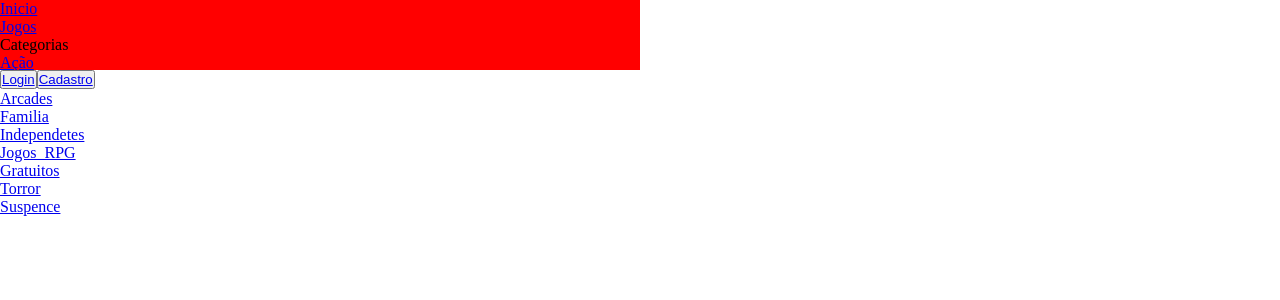
Repository: MarcoantonioCaldeira/Projeto-Go-Gamming
Page: /
These files come from the project's save history. The page is drawn as it stood at one moment and after the next save; the edit follows.
The browser window is 1280 px wide. The pictures show the whole page.
The project was rebuilt for these pictures with package versions that can differ from the ones it lists, and the page was loaded fresh each time. Also part of the build but not shown: src/pages/Inicio/estilo.css, src/pages/rodape/rodape.js, src/pages/Inicio/Inicio.js, src/pages/Jogos/Jogos.js, src/pages/Categorias/Acao.js, src/pages/Categorias/Aventura.js, src/pages/Categorias/Arcades.js, src/pages/Categorias/Familia.js and 7 more.

Above is the page before, as saved 2023-02-05 13:23:12.

After the next save:
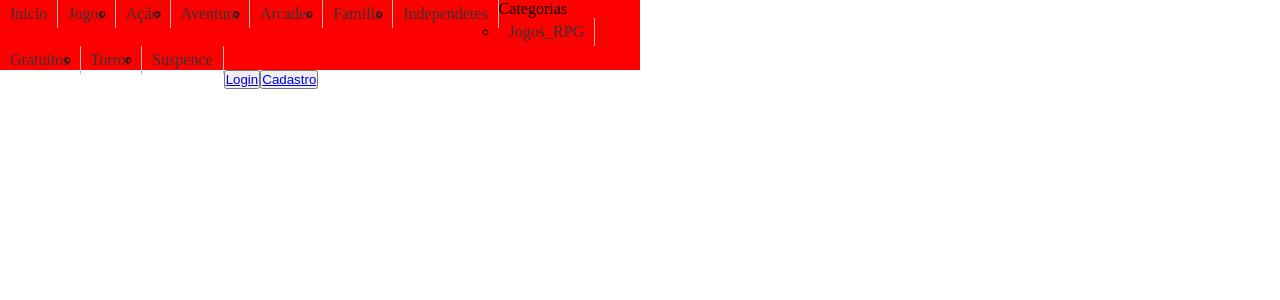
Saved 24 s later.
--- a/src/pages/Menu/Menu.js
+++ b/src/pages/Menu/Menu.js
@@ -5,7 +5,7 @@ import './estilo.css';
 const Menu = () => {
   return (
       <>
-        <nav>
+        <nav id="nav_bar">
           <ul id="Menu_Buttons">
             <li>
               <Link to="./Inicio">Inicio</Link>
